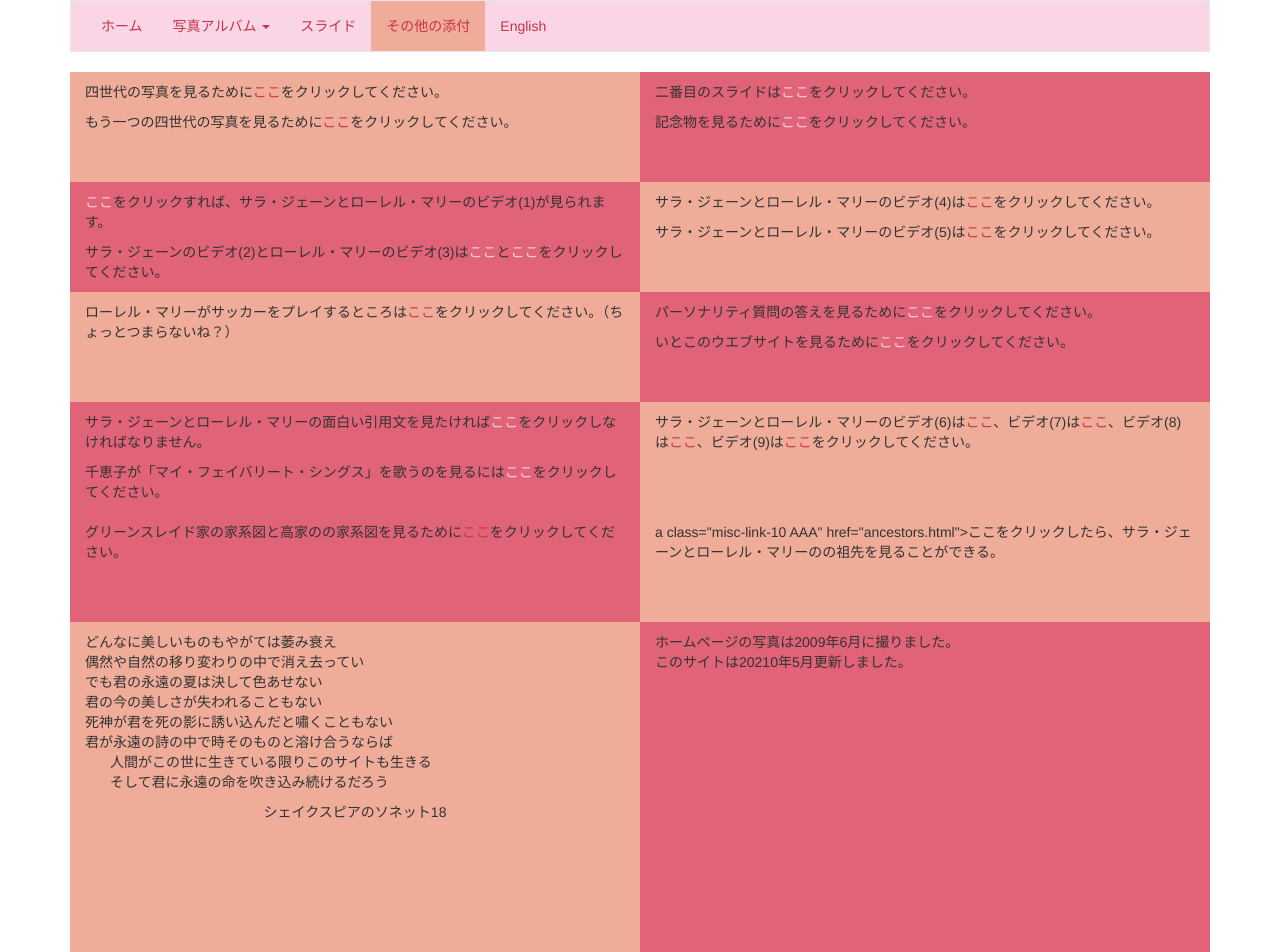
Repository: George2916/Sarah-Jane-and-Laurel-Marie
Page: misc-jap.html
The author's editor kept a record of every edit. The page is drawn from the files as they stood at one moment, then again after the next edit.
The browser window is 1280 px wide. The pictures show the whole page.

Above is the page before.
Console error: TypeError: Cannot read properties of null (reading 'style')

After the next edit:
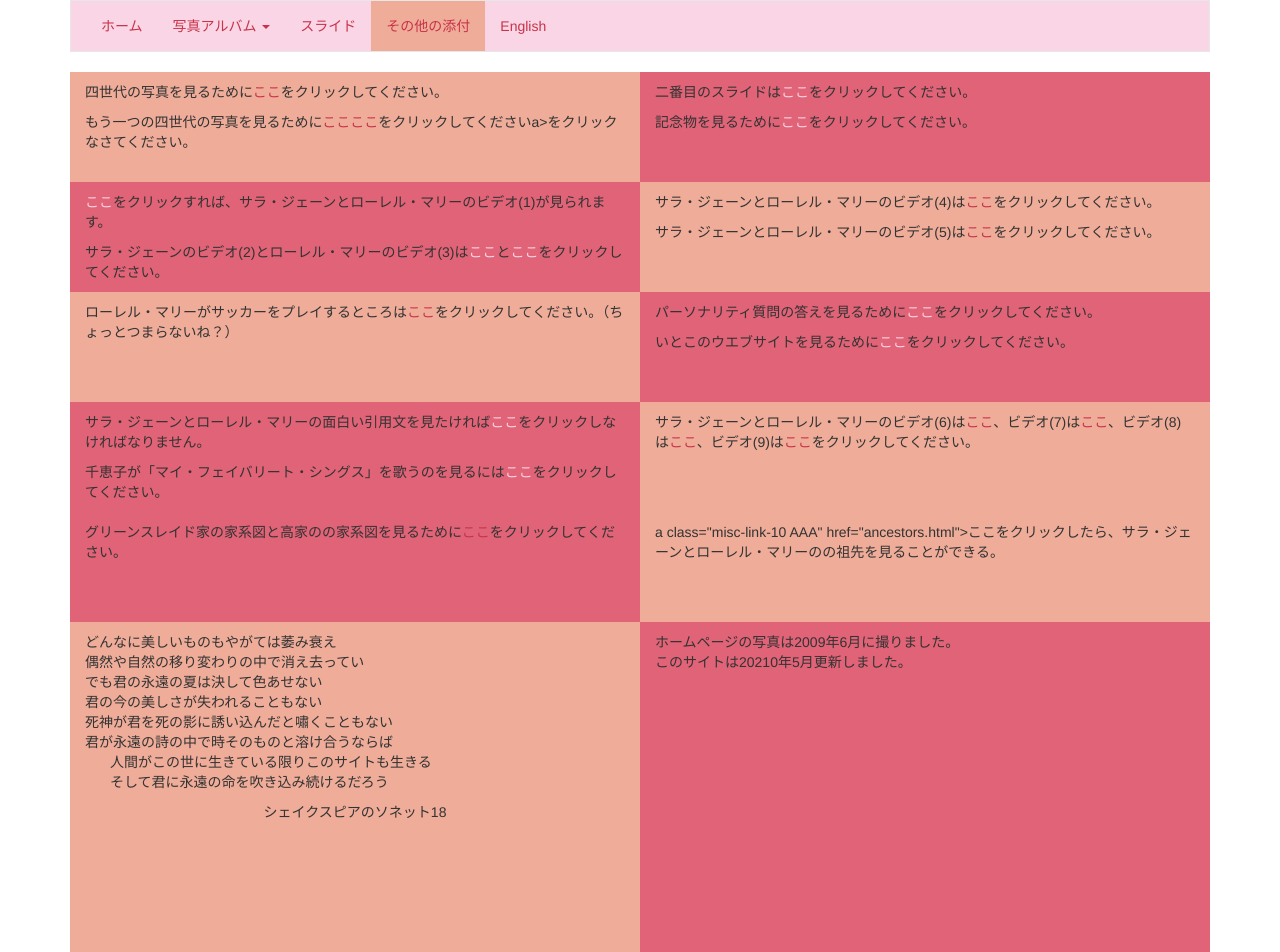
The edit:
--- a/misc-jap.html
+++ b/misc-jap.html
@@ -56,7 +56,7 @@
 
             <div class="col-sm-6 color1 box1">
                 <p>四世代の写真を見るために<a class="misc-link-1 AAA" href="familytreeT.html">ここ</a>をクリックしてください。</p>
-                <p>もう一つの四世代の写真を見るために<a class="misc-link-1 AAA" href="familytreeM.html">ここ</a>をクリックしてください。</p>
+                <p>もう一つの四世代の写真を見るために<a class="misc-link-1 AAA" href="familytreeM.html">ここ</<a class="misc-link-3 AAA" href="https://www.youtube.com/watch?v=NwOyJzJh9Wc">ここ</a>をクリックしてくださいa>をクリックなさてください。</p>
             </div>
 
 
